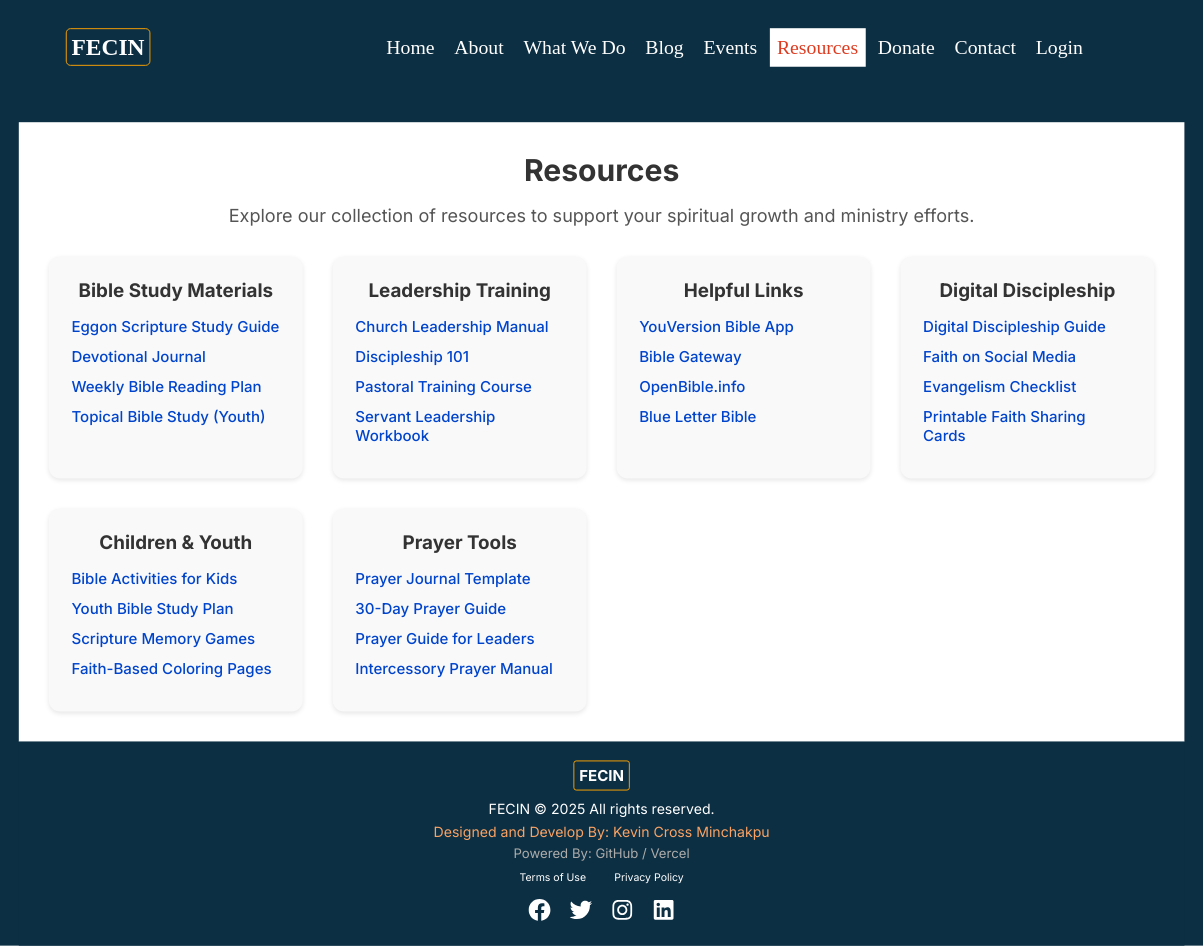
Repository: KCMinchakpu/fecin-projectgs497
Page: /resources
These files come from the project's save history. The page is drawn as it stood at one moment and after the next save; the edit follows.
The browser window is 1280 px wide. The pictures show the whole page, at 94% of full size.
The page's requests for data from a server got no answer. The project was rebuilt for these pictures with package versions that can differ from the ones it lists, and the page was loaded fresh each time. Some packages were replaced by stand-ins written for this rebuild. The framework's server and built-in components were replaced by stand-ins that run in the browser. No one was signed in, and anything a server would have sent is missing. Queries for data that is not in the repository find no rows. Also part of the build but not shown: next.config.mjs.

Above is the page before, as saved 2025-04-12 15:59:23.

After the next save:
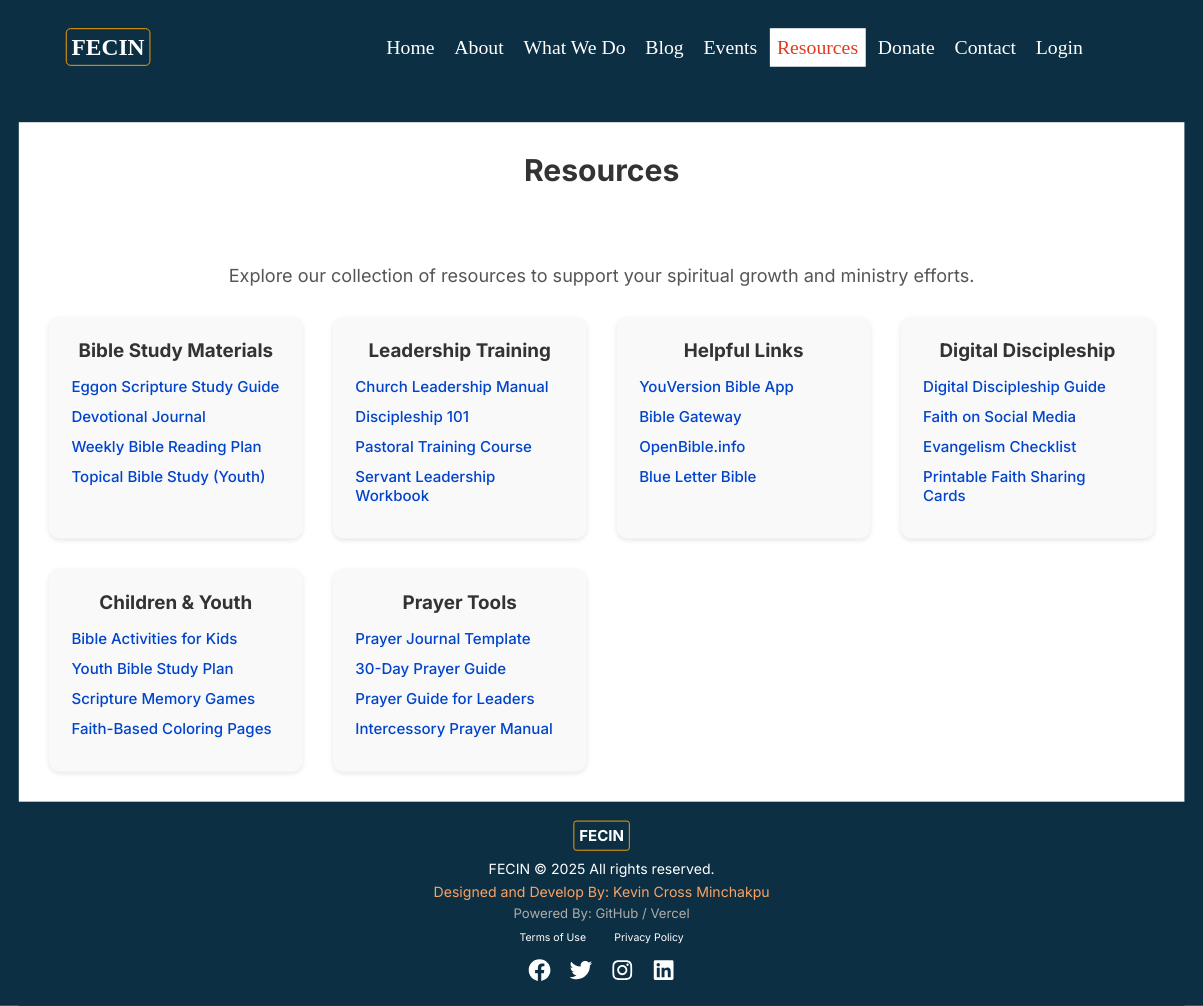
Saved 33 s later.
--- a/src/app/resources/resources.module.css
+++ b/src/app/resources/resources.module.css
@@ -10,7 +10,7 @@
     font-size: 2rem;
     font-weight: bold;
     text-align: center;
-    margin-bottom: 1rem;
+    margin-bottom: 80px;
     color: #333;
   }
 
